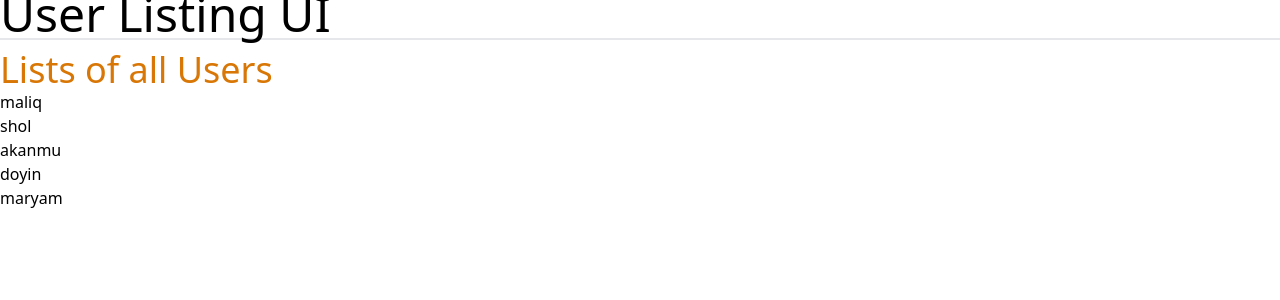
Repository: Marlstergo/listings
Page: / (app in client/)
These files come from the project's save history. The page is drawn as it stood at one moment and after a run of saves; the edit follows.
The browser window is 1280 px wide. The pictures show the whole page.
The project was rebuilt for these pictures with package versions that can differ from the ones it lists, and the page was loaded fresh each time. Also part of the build but not shown: client/craco.config.js, client/src/components/Loader.js, client/src/components/Order.js, client/src/components/Modal.js. Imported but missing from the stored project, and not drawn on this page: client/src/components/Base, client/src/components/Toppings.

Above is the page before, as saved 2021-07-20 23:36:05.

After the next 3 saves:
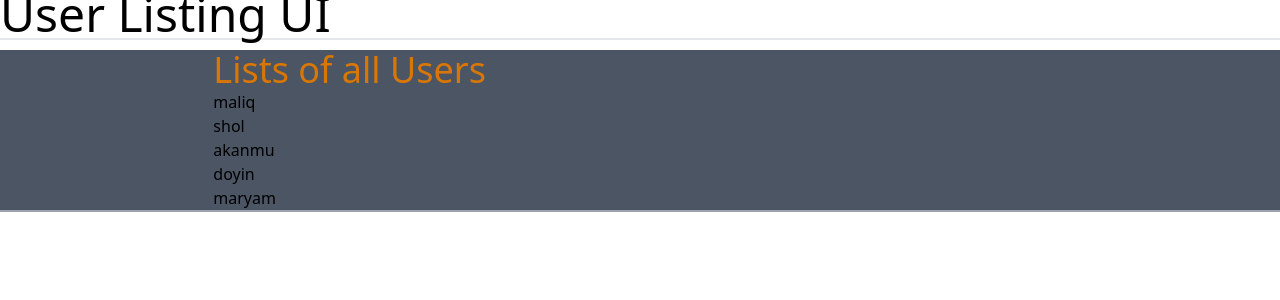
The 3 saves are shown as one change because 2 did not build or start.
The last was saved 59 s later.
--- a/client/src/components/Home.js
+++ b/client/src/components/Home.js
@@ -1,6 +1,6 @@
 import React from "react";
 import { Link } from "react-router-dom";
-// import { motion } from "framer-motion";
+import { motion } from "framer-motion";
 import Loader from "./Loader";
 
 const buttonVariants = {
@@ -31,13 +31,13 @@
 const users = ["maliq", "shol", "akanmu", "doyin", "maryam"];
 const Home = () => {
   return (
-    // <motion.div
-    //   className="bg-gray-600  pb-[10px] mb-[10px] border-b-2 border-gray-400 flex flex-col items-center"
-    //   variants={containerVariants}
-    //   initial="hidden"
-    //   animate="visible"
-    //   exit="exit"
-    // >
+    <motion.div
+      className="bg-gray-600  pb-[10px] mb-[10px] border-b-2 border-gray-400 flex flex-col items-center"
+      variants={containerVariants}
+      initial="hidden"
+      animate="visible"
+      exit="exit"
+    >
       <div className="w-2/3 ">
         <h1 className="text-yellow-600 text-4xl">Lists of all Users</h1>
         <ul className="pl-[15px]">
@@ -67,7 +67,7 @@
           </thead>
         </table> */}
       </div>
-    // </motion.div>
+    </motion.div>
   );
 };
 

After the save that followed:
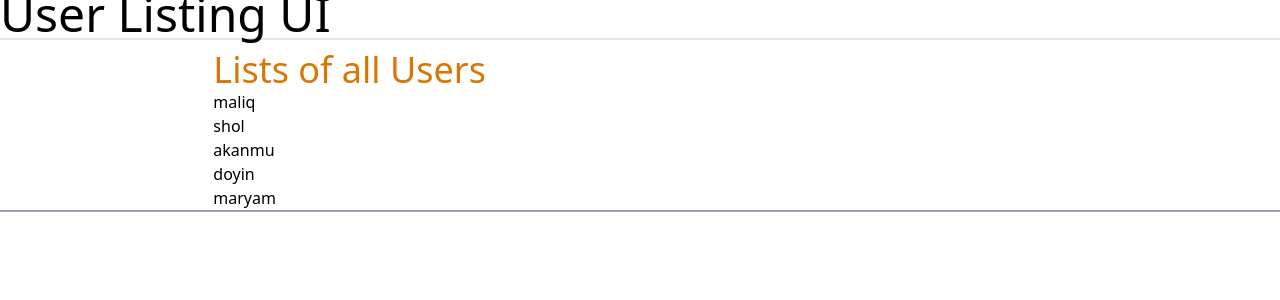
Saved 17 s later.
--- a/client/src/components/Home.js
+++ b/client/src/components/Home.js
@@ -3,17 +3,7 @@
 import { motion } from "framer-motion";
 import Loader from "./Loader";
 
-const buttonVariants = {
-  hover: {
-    scale: 1.1,
-    textShadow: "0px 0px 8px rgb(255,255,255)",
-    boxShadow: "0px 0px 8px rgb(255,255,255)",
-    transition: {
-      duration: 0.3,
-      yoyo: 5,
-    },
-  },
-};
+
 
 const containerVariants = {
   hidden: {
@@ -32,7 +22,7 @@
 const Home = () => {
   return (
     <motion.div
-      className="bg-gray-600  pb-[10px] mb-[10px] border-b-2 border-gray-400 flex flex-col items-center"
+      className="  pb-[10px] mb-[10px] border-b-2 border-gray-400 flex flex-col items-center"
       variants={containerVariants}
       initial="hidden"
       animate="visible"
